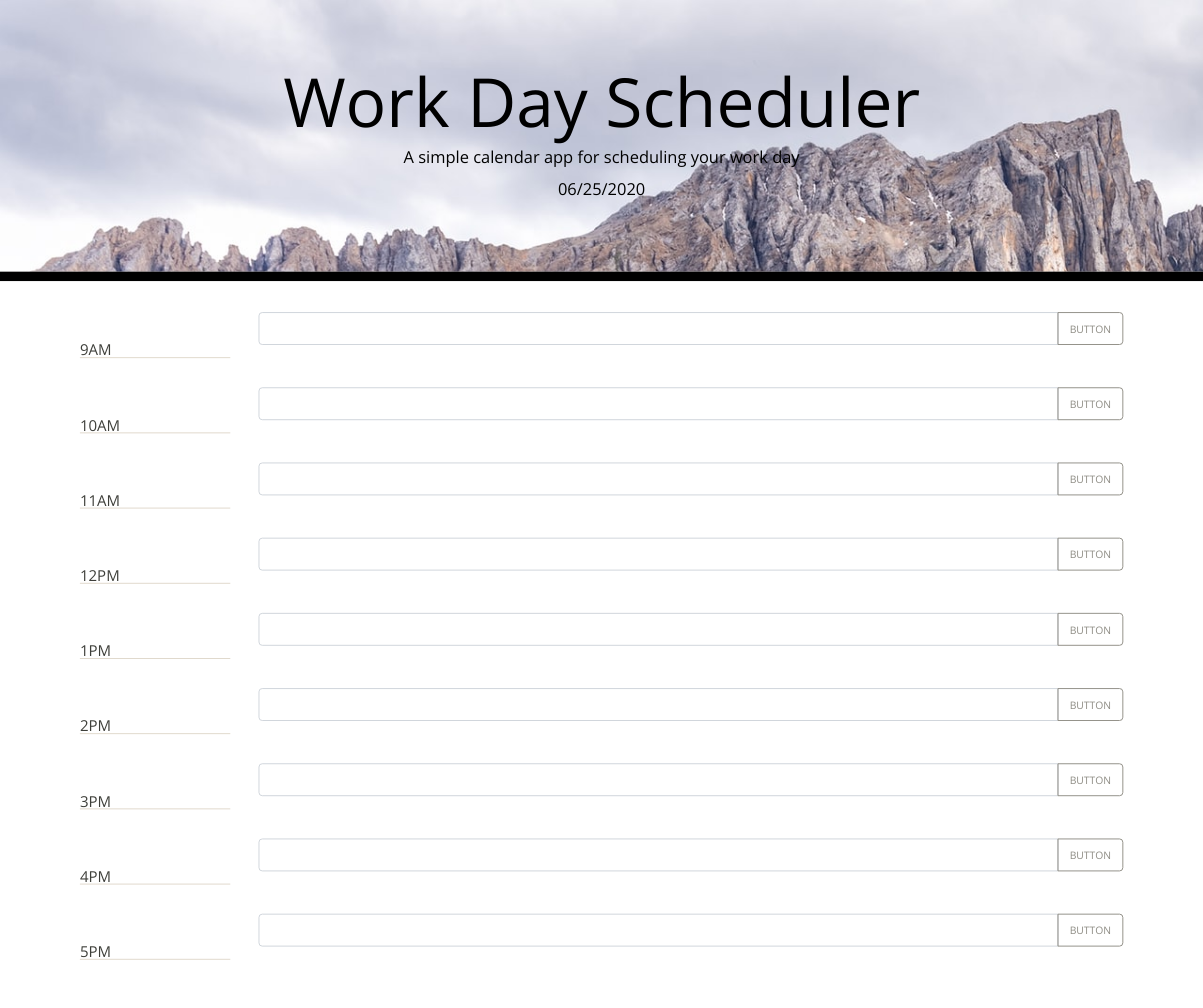
Repository: himaja830/Day-Planner
Page: Develop/index.html
The author's editor kept a copy of each file at every save. The page is drawn from the files as they stood at one save, then again after the next save.
The browser window is 1280 px wide. The pictures show the whole page, at 94% of full size.
Some web libraries are served in a nearby version.

Above is the page before, as saved 2020-06-25 15:12:52.

### Develop/index.html
<!DOCTYPE html>
<html lang="en">

<head>
  <meta charset="UTF-8" />
  <meta name="viewport" content="width=device-width, initial-scale=1.0" />
  <meta http-equiv="X-UA-Compatible" content="ie=edge" />
  <link rel="stylesheet" href="https://stackpath.bootstrapcdn.com/bootstrap/4.3.1/css/bootstrap.min.css" />
  <link href="https://stackpath.bootstrapcdn.com/bootswatch/4.5.0/sandstone/bootstrap.min.css" rel="stylesheet" integrity="sha384-ztQCCdmKhYHBDMV3AyR4QGZ2/z6veowJBbsmvDJW/sTuMpB9lpoubJuD0ODGSbjh" crossorigin="anonymous">
  <link rel="stylesheet" href="https://use.fontawesome.com/releases/v5.8.1/css/all.css"
    integrity="sha384-50oBUHEmvpQ+1lW4y57PTFmhCaXp0ML5d60M1M7uH2+nqUivzIebhndOJK28anvf" crossorigin="anonymous" />
  <link href="https://fonts.googleapis.com/css?family=Open+Sans&display=swap" rel="stylesheet" />
  <link rel="stylesheet" href="style.css" />
  <title>Work Day Scheduler</title>
</head>

<body>
  <header class="jumbotron">
    <h1 class="display-3">Work Day Scheduler</h1>
    <p class="lead">A simple calendar app for scheduling your work day</p>
    <p id="currentDay" class="lead"></p>
  </header>

  <!-- Timeblocks go here -->
  <div class="container">
    <form></form>
    <div class="row">
      <div class="col-2">
        <p class= "border-bottom">9AM</p>
      </div>
      <div class="input-group mb-3 col-10">
        <input type="text" class="form-control"  aria-label="Recipient's username"
          aria-describedby="button-addon2" id="9">
        <div class="input-group-append">
          <button class="btn btn-outline-secondary" type="button" id="button-addon9" data-time="9">Button</button>
        </div>
      </div>
    </div>
  </form>
    <form>
      <div class="row">
        <div class="col-2">
          <p class="border-bottom">10AM</p>
        </div>
        <div class="input-group mb-3 col-10">
          <input type="text" class="form-control"  aria-label="Recipient's username"
            aria-describedby="button-addon2" id="10">
          <div class="input-group-append">
            <button class="btn btn-outline-secondary" type="button" id="button-addon10" data-time="10">Button</button>
          </div>
        </div>
      </div>
    </form>
    <div class="row">
      <div class="col-2">
        <p class="border-bottom">11AM</p>
      </div>
      <div class="input-group mb-3 col-10">
        <input type="text" class="form-control"  aria-label="Recipient's username"
          aria-describedby="button-addon2" id="11">
        <div class="input-group-append">
          <button class="btn btn-outline-secondary" type="button" id="button-addon11" data-time="11">Button</button>
        </div>
      </div>
    </div>
  </form>

    <form>
      <div class="row">
        <div class="col-2" >
          <p class="border-bottom">12PM</p>
        </div>
        <div class="input-group mb-3 col-10">
          <input type="text" class="form-control"  aria-label="Recipient's username"
            aria-describedby="button-addon2" id="12">
          <div class="input-group-append">
            <button class="btn btn-outline-secondary" type="button" id="button-addon12" data-time="12">Button</button>
          </div>
        </div>
      </div>
    </form>

    <form>
      <div class="row">
        <div class="col-2">
          <p class="border-bottom">1PM</p>
        </div>
        <div class="input-group mb-3 col-10">
          <input type="text" class="form-control"  aria-label="Recipient's username"
            aria-describedby="button-addon2" id="1">
          <div class="input-group-append">
            <button class="btn btn-outline-secondary" type="button" id="button-addon1" data-time="1">Button</button>
          </div>
        </div>
      </div>
    </form>

    <form>
      <div class="row">
        <div class="col-2">
          <p class="border-bottom">2PM</p>
        </div>
        <div class="input-group mb-3 col-10">
          <input type="text" class="form-control"  aria-label="Recipient's username"
            aria-describedby="button-addon2" id="2">
          <div class="input-group-append">
            <button class="btn btn-outline-secondary" type="button" id="button-addon2" data-time="2">Button</button>
          </div>
        </div>
      </div>
    </form>
    <form>
      <div class="row">
        <div class="col-2">
          <p class="border-bottom">3PM</p>
        </div>
        <div class="input-group mb-3 col-10">
          <input type="text" class="form-control"  aria-label="Recipient's username"
            aria-describedby="button-addon2" id="3">
          <div class="input-group-append">
            <button class="btn btn-outline-secondary" type="button" id="button-addon3" data-time="3">Button</button>
          </div>
        </div>
      </div>
    </form>

    <form>
      <div class="row">
        <div class="col-2">
          <p class="border-bottom">4PM</p>
        </div>
        <div class="input-group mb-3 col-10">
          <input type="text" class="form-control"  aria-label="Recipient's username"
            aria-describedby="button-addon2" id="4">
          <div class="input-group-append">
            <button class="btn btn-outline-secondary" type="button" id="button-addon4" data-time="4">Button</button>
          </div>
        </div>
      </div>
    </form>

    <form>
      <div class="row">
        <div class="col-2">
          <p class="border-bottom">5PM</p>
        </div>
        <div class="input-group mb-3 col-10">
          <input type="text" class="form-control"  aria-label="Recipient's username"
            aria-describedby="button-addon2" id="5">
          <div class="input-group-append">
            <button class="btn btn-outline-secondary" type="button" id="button-addon5" data-time="5">Button</button>
          </div>
        </div>
      </div>
    </form>
  </div>


  <script src="https://code.jquery.com/jquery-3.4.1.min.js"></script>
  <script src="https://cdnjs.cloudflare.com/ajax/libs/moment.js/2.24.0/moment.min.js"></script>
  <script src="script.js"></script>
</body>

</html>

### Develop/style.css
body {
  font-family: 'Open Sans', sans-serif;
  font-size: 16px;
  line-height: 1;
}

textarea{
  background: transparent;
  border: none;
  resize: none;
  color: #000000;
  border-left: 1px solid black;
  padding: 10px;
}

.jumbotron {
  text-align: center;
  background-color: transparent;
  font-weight: bolder;
  color: black;
  border-radius: 0;
  border-bottom: 10px solid black;
  background-image: url("riccardo-chiarini-2VDa8bnLM8c-unsplash (2).jpg");
}

.description{
  white-space: pre-wrap;
}

.time-block{
  text-align: center;
  border-radius: 15px;
}

.row {
  white-space: pre-wrap;
  height: 80px;
  border-top: 1px solid white;;
}

.hour {
  background-color: #ffffff;
  color: #000000;
  border-top: 1px dashed #000000;
}

.past {
  background-color: #d3d3d3;
  color: white;
}

.present {
  background-color: #ff6961;
  color: white;
}

.future {
  background-color: #77dd77;
  color: white;
}

.saveBtn {
  border-left: 1px solid black;
  border-top-right-radius: 15px;
  border-bottom-right-radius: 15px;
  background-color: #06AED5;
  color: white;
}
.time {
  text-align: center;
  text-decoration: underline;
  position: relative;

}

.saveBtn i:hover {
  font-size: 20px;
  transition: all .3s ease-in-out;
}
.btn {
  height: 35px;
}
.bg-red {
  background-color: rgb(255, 1, 1);
}
.bg-green {

  background-color: rgba(8, 131, 8, 0.788);
}

.bg-gray {
  background-color: #cfdce9da;
}

### Develop/script.js
$(document).ready(() => {
    localStorage.setItem("userData",[]);


    var now = moment().format("MM/DD/YYYY");
    var date = $("#currentDay");
    date.text(now);



    $(".btn").on("click", function (event) {
        event.preventDefault();
        var inputText = event.target;
        var input = $(this).attr("data-time");
        var inputText = $(`#${input}`).val();
        localStorage.setItem("inputText",$(`#${input}`).val());
    })


    function setItemStorage(userData){
         var userData = getItem
    }

    $("input").each(function () {
        var inputText = parseInt($(this).attr("data-time"));
        if (inputText < now) {
            $(this).addClass("bg-gray");
        }


        if (inputText > now) {
            $(this).addClass("bg-green")
        }

        if (inputText === now) {
            $(this).addClass("bg-red")
        }
})


});

After the next save:
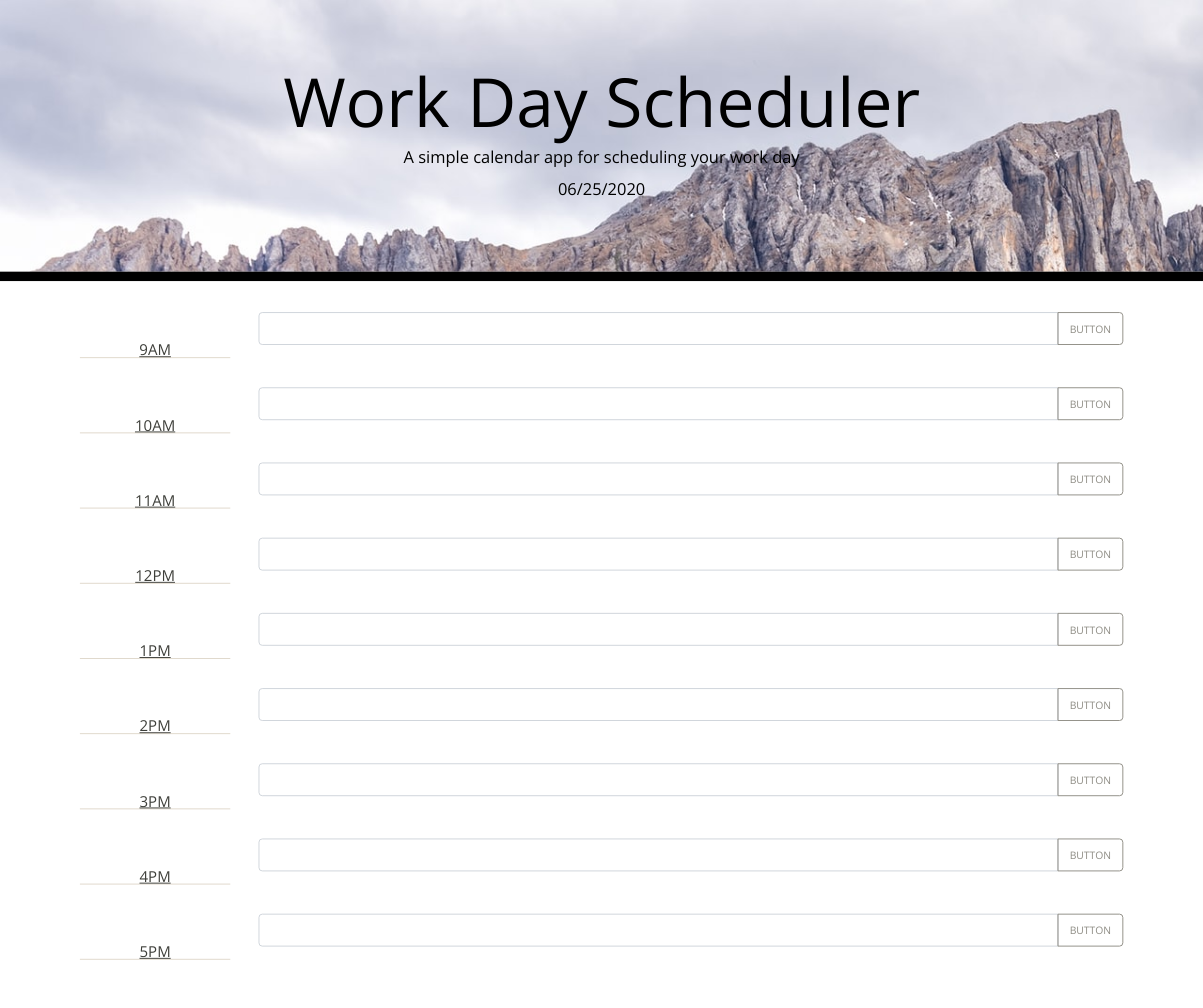
Saved 2 min 50 s later.
--- a/Develop/style.css
+++ b/Develop/style.css
@@ -66,10 +66,10 @@ textarea{
   background-color: #06AED5;
   color: white;
 }
-.time {
+.border-bottom {
   text-align: center;
   text-decoration: underline;
-  position: relative;
+
 
 }
 
